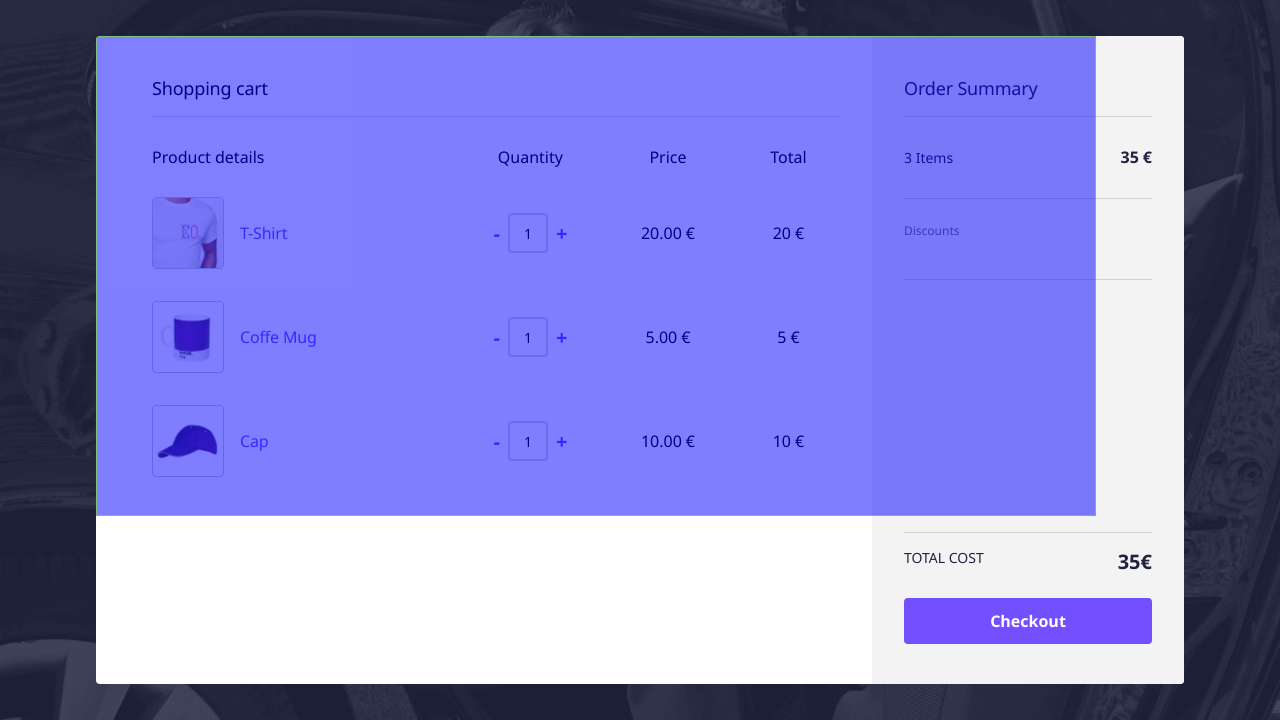
Repository: banchiec/challengecbfy
Page: /
An editor plug-in stored every save of this project. The page is shown before and after the next save, followed by the edit.
The browser window is 1280 px wide. The pictures show the whole page.
Some web fonts or font styles are not loaded; a fallback is used. The project was rebuilt for these pictures with package versions that can differ from the ones it lists, and the page was loaded fresh each time. Also part of the build but not shown: craco.config.js.

Above is the page before, as saved 2021-12-11 01:21:00.

### src/index.js
import './index.css';
import App from './App';
import Checkout from './helpers/checkout'
// here a service should be called to obtain the api data
import { products } from './data/data'

import discounts from './helpers/discounts';

const purchase = new Checkout(products, discounts)
purchase.init()
App(purchase)

### src/index.css
@tailwind base;
@tailwind components;
@tailwind utilities;

body {
  margin: 0;
  font-family: -apple-system, BlinkMacSystemFont, 'Segoe UI', 'Roboto', 'Oxygen',
    'Ubuntu', 'Cantarell', 'Fira Sans', 'Droid Sans', 'Helvetica Neue',
    sans-serif;
  -webkit-font-smoothing: antialiased;
  -moz-osx-font-smoothing: grayscale;
}

code {
  font-family: source-code-pro, Menlo, Monaco, Consolas, 'Courier New',
    monospace;
}

@font-face {
  font-family: 'Avenir';
  src:local('Avenir'), url(./assets/fonts/Avenir-Black.woff) format('woff');
}

### src/App.js
import { render } from 'react-dom';
import Main from './components/main/Main'
import './App.css';

function App(purchase) {
  render(<Main purchase={purchase} />, document.getElementById('root'))
}

export default App;

### src/helpers/checkout.js
export default class Checkout {
    constructor(price, discounts = []) {
        this.price = price.reduce((acc, good) => ({ ...acc, [good.code]: good }), {})
        this.discounts = discounts
        this.cartItems = []
    }
    init() {
        this.scan('TSHIRT')
        this.scan('MUG')
        this.scan('CAP')
    }
    scan(code, argument = 1) {
        const currentCartItem = this.cartItems.find((item) => item.code === code);
        if (currentCartItem) {
            switch (argument) {
                case 1:
                    currentCartItem.count += 1;
                    break;
                case -1:
                    currentCartItem.count -= 1;
                    if (currentCartItem.count === 0) {
                        this.cartItems = this.cartItems.filter((item) => item.code !== code);
                    }
                    break;
                default:
                    currentCartItem.count = argument;
                    break;
            }
            return this;
        }
        const currentPriceItem = this.price[code];
        // console.log(this.price)
        if (currentPriceItem) {
            switch (argument) {
                case 1:
                    this.cartItems.push({ ...currentPriceItem, count: 1 });
                    break;
                case -1:
                    break;
                default:
                    this.cartItems.push({ ...currentPriceItem, count: argument });
            }
            return this;
        }
        return new Error(`product with code ${code} has not been found`);


    }
    get actualDiscounts() {
        return this.discounts.reduce(
            (acc, discount) => {
                const res = discount.check(this.items);
                if (res) return [...acc, res];
                return acc;
            }, [],
        );
    }
    get items() {
        return this.cartItems
    }

    get totalDiscount() {
        return this.actualDiscounts.reduce((acc, { discountAmount }) => acc + discountAmount, 0);
    }
    cost(code) {
        const currentCartItem = this.cartItems.find((item) => item.code === code);
        if (currentCartItem) {
            return currentCartItem.count * currentCartItem.price;
        }
        return null;
    }

    preCalc() {
        return ({
            countItems: this.cartItems.reduce((acc, item) => acc + item.count, 0),
            summaryCost: this.cartItems.reduce((acc, item) => acc + (item.count * item.price), 0),
            actualDiscounts: this.actualDiscounts,
        });
    }

    // method total will return total cost as number
    total() {
        return this.cartItems.reduce(
            (acc, item) => acc + (item.count * item.price),
            0,
        ) - this.totalDiscount;
    }
}

### src/data/data.js
import shirt from '../assets/images/shirt.png'
import mug from '../assets/images/mug.png'
import cap from '../assets/images/cap.png'
export const products = [
    {
        id: '1',
        code: 'TSHIRT',
        name: 'T-Shirt',
        price: '20.00',
        image: shirt
    },
    {
        id: '3',
        code: 'MUG',
        name: 'Coffe Mug',
        price: '5.00',
        image: mug

    },
    {
        id: '4',
        code: 'CAP',
        name: 'Cap',
        price: '10.00',
        image: cap

    }
]

### src/helpers/discounts.js
const discounts = [
    {
        name: '2-for-1-Mug',
        check: (products) => {
            const currentProduct = products.find((product) => product.code === 'MUG')
            if (currentProduct && currentProduct.count > 1) {
                return ({
                    name: '2x1 Mug offer',
                    discountAmount: Math.trunc(currentProduct.count / 2) * currentProduct.price
                })
            }
            return null
        }
    },
    {
        name: 'bulk-discount-shirt',
        check: (products) => {
            const currentProduct = products.find((product) => product.code === 'TSHIRT')
            if (currentProduct && currentProduct.count >= 3) {
                return ({
                    name: 'x3-Shirt-offer',
                    discountAmount: (currentProduct.price / 100) * 5 * currentProduct.count
                })
            }
            return null
        }
    }
]

export default discounts

### src/components/main/Main.js
import { useState } from "react"
import OrderSummery from "../OrderSummery/OrderSummery"
import { ShoppingCart } from "../shoppingCart/ShoppingCart"

export default function Main(props) {
    const { purchase } = props
    const [items, setItems] = useState(purchase.items)

    const initStateSum = purchase.preCalc()
    const initTotalCost = purchase.total()

    const [summary, setSummary] = useState({
        ...initStateSum,
        totalCost: initTotalCost
    })

    const scan = (code) => (op) => (e) => {
        switch (op) {
            case 'dec':
                purchase.scan(code, -1);
                break;
            case 'set':
                purchase.scan(code, Number(e.target.value));
                console.log(e.target.value)
                break;
            case 'inc':
                purchase.scan(code, 1);
                break;
            default:
                // unknown operation
                break;
        }
        // set new cart items list for react
        setItems([...purchase.items]);
        const newSums = purchase.preCalc();
        const newTotalCost = purchase.total();
        setSummary({
            ...newSums,
            totalCost: newTotalCost,
        });

    }
    const cost = (code) => purchase.cost(code)

    return (
        <main className="App">
            <ShoppingCart items={items} scan={scan} cost={cost} />
            <OrderSummery summary={summary} />
        </main>
    )
}

### src/App.css
* {
  box-sizing: border-box;
  outline: none;
}

html,
body,
div,
span,
applet,
object,
iframe,
h1,
h2,
h3,
h4,
h5,
h6,
p,
blockquote,
pre,
a,
abbr,
acronym,
address,
big,
button,
cite,
code,
del,
dfn,
em,
img,
ins,
kbd,
q,
s,
samp,
small,
strike,
strong,
sub,
sup,
tt,
var,
b,
u,
i,
center,
dl,
dt,
dd,
ol,
ul,
li,
fieldset,
form,
label,
legend,
table,
caption,
tbody,
tfoot,
thead,
tr,
th,
td,
article,
aside,
canvas,
details,
embed,
figure,
figcaption,
footer,
header,
hgroup,
menu,
nav,
output,
ruby,
section,
summary,
time,
mark,
audio,
video {
  margin: 0;
  padding: 0;
  border: 0;
  vertical-align: baseline;
  font: 100%;
}

/* HTML5 display-role reset for older browsers */
article,
aside,
details,
figcaption,
figure,
footer,
header,
hgroup,
menu,
nav,
section {
  display: block;
}

body {
  -webkit-font-smoothing: antialiased;
  -moz-osx-font-smoothing: grayscale;
  line-height: 1;
}

ol,
ul {
  list-style: none;
}

blockquote,
q {
  quotes: none;
}

a {
  cursor: pointer;
}

blockquote:before,
blockquote:after,
q:before,
q:after {
  content: none;
}

table {
  border-spacing: 0;
  border-collapse: collapse;
}

a {
  text-decoration: none;
}

input:not([type="checkbox"]):not([type="radio"]),
textarea {
  appearance: none;
}

input[type="number"]::-webkit-outer-spin-button,
input[type="number"]::-webkit-inner-spin-button {
  margin: 0;
  appearance: none;
}

input[type="number"] {
  appearance: textfield;
}

input::-ms-clear {
  display: none;
}

select::-ms-expand {
  display: none;
}

textarea {
  overflow: auto;
  vertical-align: top;
}

input::placeholder {
  opacity: 1;
}

h1.main {
  padding-bottom: 16px;
  border-bottom: 1px solid rgba(33, 34, 64, 0.16);
}

.wrapper.border,
.wrapper-half.border {
  border-bottom: 1px solid rgba(33, 34, 64, 0.16);
}

h2,
.products-list li.products-list-title {
  color: #a6a7b3;
  letter-spacing: 1px;
  font-size: 10px;
  line-height: 16px;
}

h2,
.product-code {
  font-size: 12px;
  line-height: 16px;
}

.product-quantity,
.summary input,
.summary ul li,
.summary-total-cost {
  font-size: 14px;
  line-height: 17px;
}

.product h1 {
  font-size: 16px;
  line-height: 24px;
}

.products button.count,
.summary-total-price {
  font-size: 20px;
  line-height: 25px;
}

h2 {
  color: #717285;
  letter-spacing: 0;
  font-weight: 300;
}

h2 + * {
  margin-top: 16px;
}

body {
  margin: 0;
  padding: 0;
  height: 100vh;
  background-image: url("./assets/images/background.png");
  background-color: #212240;
  background-position: top left;
  background-size: cover;
  font-family: Avenir, "Avenir Next", "Segoe UI", sans-serif;
  font-weight: regular;
}

.App {
  position: fixed;
  top: 50%;
  left: 50%;
  display: flex;
  overflow-x: hidden;
  overflow-y: auto;
  max-width: 1088px;
  max-height: 648px;
  width: calc(100% - 64px);
  height: calc(100% - 64px);
  border-radius: 4px;
  background-color: #ffffff;
  transform: translate(-50%, -50%);
}

h1 {
  position: relative;
  letter-spacing: -0.18px;
  font-size: 18px;
  line-height: 24px;
}

.wrapper {
  padding: 32px 0;
}

.wrapper-half {
  padding: 24px 0;
}

.tableHead {
  padding: 32px 0;
}

.row {
  position: relative;
  display: flex;
  flex-flow: row nowrap;
  justify-content: space-between;
}

.row + .row {
  margin-top: 32px;
}

[class*="col-"] {
  display: flex;
  align-items: center;
}

[class*="col-"]:nth-child(n + 2) {
  justify-content: center;
}

.col-product {
  width: 45%;
}

.col-quantity {
  width: 20%;
}

.col-price {
  width: 20%;
}

.col-total {
  width: 15%;
}

input {
  width: 100%;
  height: 48px;
  border-radius: 4px;
}

.currency {
  margin-left: 4px;
}

.products {
  padding: 40px 32px 40px 56px;
}

.products button.count {
  padding: 0 8px;
  height: 40px;
  border: none;
  background: transparent;
  color: #7350ff;
  font-weight: bold;
  cursor: pointer;
}

.products {
  flex: 1;
}

.products-list {
  position: relative;
  width: 100%;
}

.product-image {
  display: flex;
  align-items: center;
  flex-flow: row nowrap;
}

.product-image img {
  margin-right: 16px;
  width: 72px;
  height: 72px;
  border: 1px solid #cacad1;
  border-radius: 4px;
}

.product-code {
  border-radius: 4px;
  color: #a6a7b3;
  letter-spacing: 0.13px;
  font-weight: 400;
}

.product-quantity {
  width: 40px;
  height: 40px;
  border: 2px solid #dbdbe0;
  border-radius: 4px;
  text-align: center;
}

.product-price {
  color: #000000;
  font-size: 16px;
}

.product .clear {
  border: none;
  background: transparent;
}

.product .clear span {
  position: relative;
  display: block;
  width: 16px;
  height: 16px;
}

.product .clear span:before,
.product .clear span:after {
  content: "";
  position: absolute;
  top: 8px;
  left: 2px;
  display: block;
  width: 12px;
  height: 2px;
  border-radius: 8px;
  background-color: #a6a7b3;
  transform: rotate(-45deg);
  transform-origin: center center;
}

.product .clear span:before {
  transform: rotate(45deg);
}

.product h1 {
  color: #7350ff;
}

.summary {
  display: flex;
  flex-flow: column wrap;
  padding: 40px 32px;
  width: 312px;
  background-color: #f3f3f3;
  color: #212240;
}

.summary > * {
  width: 100%;
}

.summary-items-price {
  font-size: 16px;
  font-weight: bold;
}

.summary input {
  margin: 8px auto;
  color: #a6a7b3;
  text-indent: 16px;
  text-transform: uppercase;
}

.summary input::placeholder {
  color: #a6a7b3;
  text-transform: lowercase;
}

.summary ul li {
  display: flex;
  justify-content: space-between;
}

.summary ul li > *:nth-child(2) {
  font-weight: bold;
}

.summary ul li + li {
  margin-top: 20px;
}

.summary-total {
  align-self: flex-end;
  margin-top: auto;
  padding-top: 16px;
  padding-bottom: 0;
  border-top: 1px solid rgba(33, 34, 64, 0.16);
  color: #212240;
}

.summary-total-cost {
  flex-basis: 100%;
  text-transform: uppercase;
}

.summary-total-price {
  font-weight: bold;
}

.summary button[type="submit"] {
  margin-top: 24px;
  padding-top: 16px;
  padding-bottom: 16px;
  width: 100%;
  border-radius: 4px;
  background: #7350ff;
  color: #ffffff;
  font-size: 16px;
  font-weight: bold;
  line-height: 14px;
  cursor: pointer;
}

/* MODAL */
.modal {
  position: absolute ;
  width: 1000px;
  height: 480px;
  z-index: 1;
  background-color: blue;
  opacity: .5;
  /* left: 176px; */
  /* top: 126px; */
  border: 1px solid green;
}
.content {
  position: absolute;
  width: 248px;
  height: 358px;
  left: 984px;
  top: 270px;
}
.background {
  position: absolute;
  width: 1440px;
  height: 904px;
  left: 0px;
  top: -2px;
}

### src/components/OrderSummery/OrderSummery.js
import React from 'react';
import { uniqueId } from 'lodash';

function OrderSummery(props) {
    const {
        summary: {
            countItems, summaryCost, actualDiscounts, totalCost,
        },
    } = props;
    return (
        <aside className="summary">
            <h1 className="main">Order Summary</h1>
            <ul className="summary-items wrapper border">
                <li>
                    <span className="summary-items-number">
                        {countItems || 0}
                        {' '}
                        Items
                    </span>
                    <span className="summary-items-price">
                        {summaryCost || 0}
                        <span className="currency">
                            €
                        </span>
                    </span>
                </li>
            </ul>
            <div className="summary-discounts wrapper-half border">
                <h2>Discounts</h2>
                {actualDiscounts && (
                    <ul>
                        {actualDiscounts.map((disc) => (
                            <li key={uniqueId()}>
                                <span>{disc.name}</span>
                                <span>
                                    -
                                    {disc.discountAmount}
                                    {' '}
                                    €
                                </span>
                            </li>
                        ))}
                    </ul>
                )}
            </div>
            <div className="summary-total wrapper">
                <ul>
                    <li>
                        <span className="summary-total-cost">
                            Total cost
                        </span>
                        <span className="summary-total-price">
                            {totalCost || 0}
                            €
                        </span>
                    </li>
                </ul>
                <button type="submit">Checkout</button>
            </div>
        </aside>
    );
}

export default OrderSummery;

### src/components/shoppingCart/ShoppingCart.js
import { uniqueId } from 'lodash'
import { CartString } from '../CartString/CartString'

export const ShoppingCart = (props) => {
    // console.log(props)
    const { items, scan, cost } = props


    const setDetails = (e) => {
        console.log(e)

    }

    return (
        <>
            <div className="modal">
            </div>
            <section className="products">
                <h1 className="main">Shopping cart</h1>
                <ul className="product-list tableHead">
                    <li className="products-list-title row">
                        <div className="col-product">Product details</div>
                        <div className="col-quantity">Quantity</div>
                        <div className="col-price">Price</div>
                        <div className="col-total">Total</div>
                    </li>
                </ul>
                <ul className="products-list">
                    {items.map((item) => (
                        <CartString
                            content={item}
                            scan={scan(item.code)}
                            cost={cost(item.code)}
                            key={uniqueId()}
                            onClick={setDetails}
                        />
                    ))}
                </ul>
            </section>
        </>
    )
}

### src/components/CartString/CartString.js
import { useState } from 'react'
// import DetailsModal from "../DetailsModal/DetailsModal"

export const CartString = (props) => {
    const [show, setShow] = useState(false)
    const {
        content: {
            productCode,
            name,
            count,
            image,
            price
        },
        scan,
        cost,
    } = props

    const setDetails = (e) => {
        console.log(productCode)
        console.log(name)
        console.log(count)
        console.log(image)
    }

    return (
        <>
            {/* <div className="modal">
                <div className="content"></div>
            </div> */}
            <li className="product row" onClick={setDetails}>
                <div className="col-product">
                    <figure className="product-image">
                        <img src={image} alt={image} />
                        <div className="product-description">
                            <h1 className="product-description-details">{name}</h1>
                            <p className="product-code">{productCode}</p>
                        </div>
                    </figure>
                </div>
                <div className="col-quantity">
                    <button type="button" className="count" onClick={scan('dec')}>
                        -
                    </button>
                    <input type="text" className="product-quantity" value={count} onChange={scan('set')} />
                    <button type="button" className="count" onClick={scan('inc')}>
                        +
                    </button>
                </div>
                <div className="col-price">
                    <span className="product-price">
                        {price}
                    </span>
                    <span className="product-currency currency">€</span>
                </div>
                <div className="col-total">
                    <span className="product-price">{cost}</span>
                    <span className="product-currency currency">€</span>
                </div>
            </li>
        </>
    )
}

Loaded but not shown: public/index.html (common file); tailwind.config.js (common file)

After the next save:
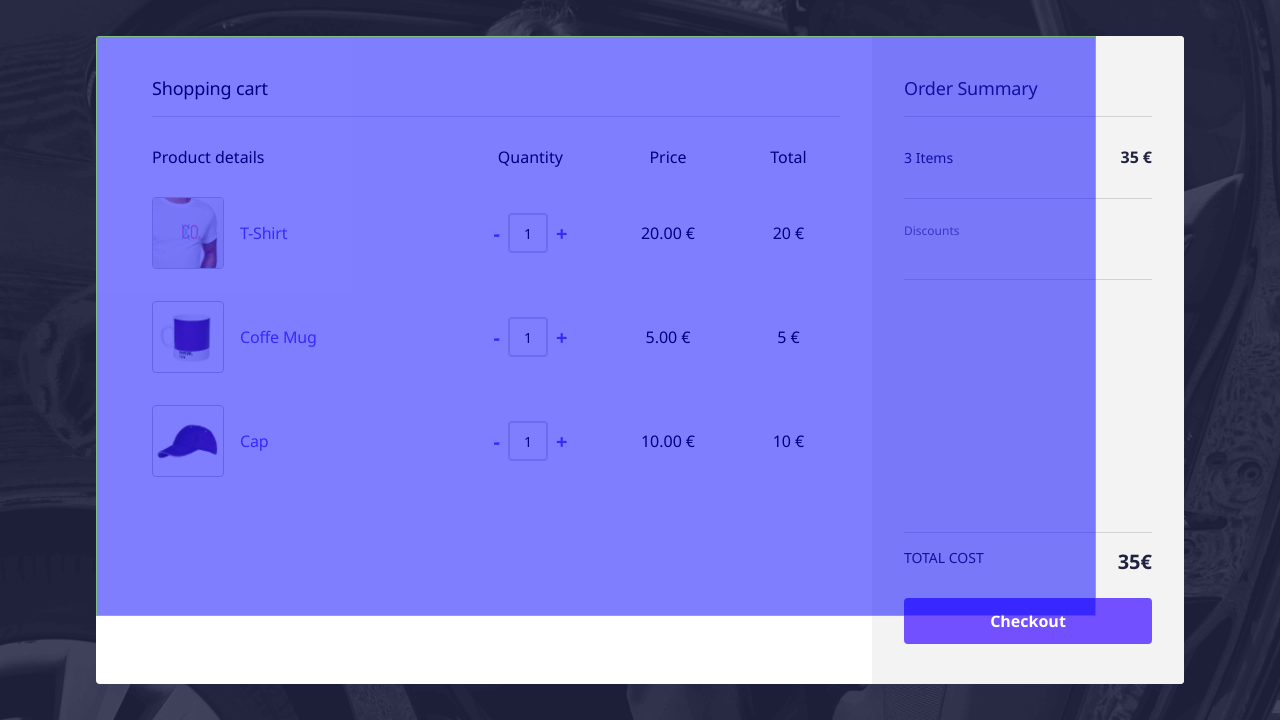
Saved 6 s later.
--- a/src/App.css
+++ b/src/App.css
@@ -492,7 +492,7 @@ input {
 .modal {
   position: absolute ;
   width: 1000px;
-  height: 480px;
+  height: 580px;
   z-index: 1;
   background-color: blue;
   opacity: .5;
